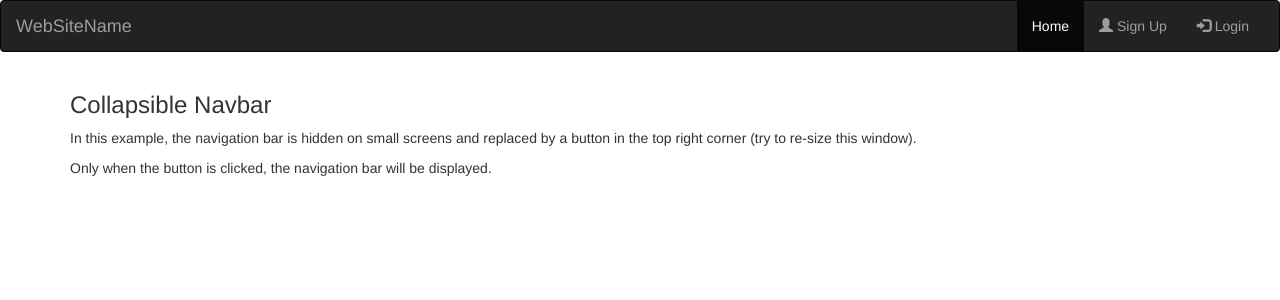
Repository: prathmeshgodbole/Web_Development
Page: Mobile_tracker/Installation.html
An editor plug-in stored every save of this project. The page is shown before and after the next save, followed by the edit.
The browser window is 1280 px wide. The pictures show the whole page.

Above is the page before, as saved 2020-03-08 17:11:21.

After the next save:
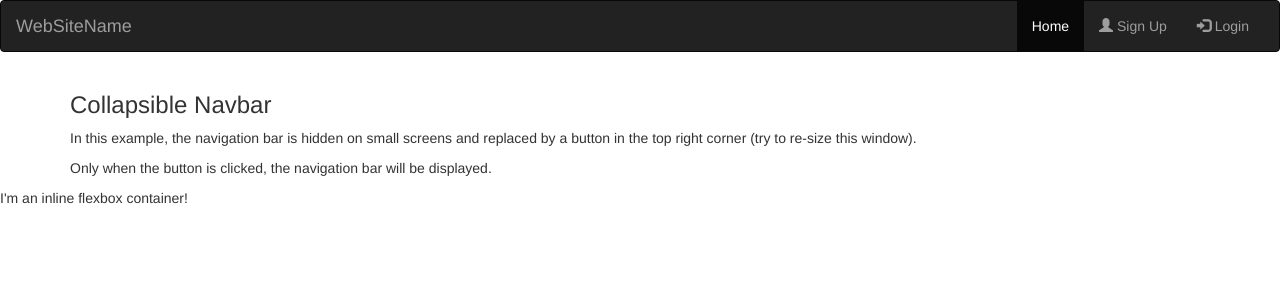
Saved 27 s later.
--- a/Mobile_tracker/Installation.html
+++ b/Mobile_tracker/Installation.html
@@ -39,7 +39,7 @@
             <p>Only when the button is clicked, the navigation bar will be displayed.</p>
     </div>
 
-
+<div class="d-inline-flex p-2">I'm an inline flexbox container!</div>
 </body>
 
 </html>
